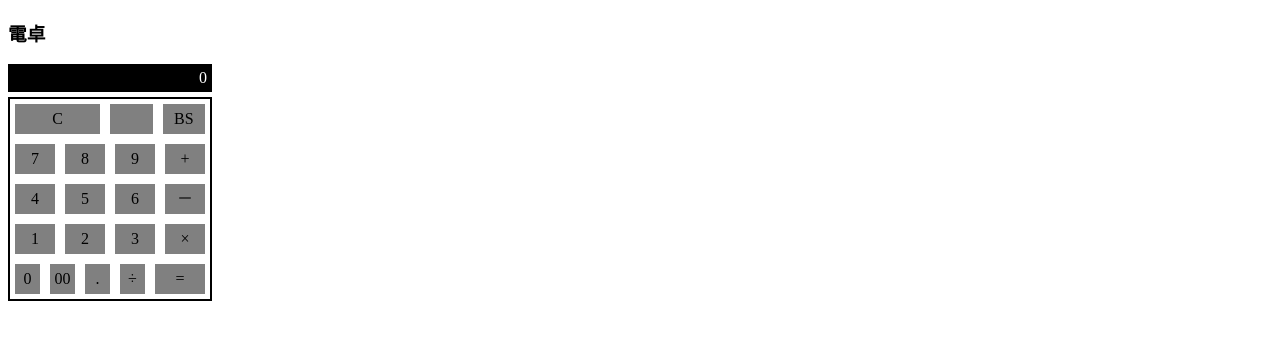
Repository: haya67/jsCalculator
Page: index.html
The author's editor kept a record of every edit. The page is drawn from the files as they stood at one moment, then again after the next edit.
The browser window is 1280 px wide. The pictures show the whole page.
Some web libraries are served in a nearby version.

Above is the page before.

### index.html
 <!DOCTYPE html>
 <html lang="en">
 <head>
 <meta charset="utf-8">
 <script src="https://code.jquery.com/jquery-3.2.1.js" integrity="sha256-DZAnKJ/6XZ9si04Hgrsxu/8s717jcIzLy3oi35EouyE=" crossorigin="anonymous"></script>
 <link rel="stylesheet" href="main.css">
 <title>電卓</title>
 </head>

 <body>
 <h3>電卓</h3>

 <!-- ここに記述していきましょう！ -->
 <div class = "container">

<!--      計算結果を出力する場所-->
      <div id = "output_total" class="output ">0</div>

<!--      計算過程を出力する -->
      <div id = "output_sub" class="output active">0</div>

<!--      ボタンを配置する場所-->
      <div class = 'input'>
          <section class = 'row'>
            <div id = "clear">C</div>
            <div class = "num_bth"></div>
            <div class = "num_bth" id="bs">BS</div>

          </section>
          <section class = 'row'>
            <div class = "num_bth one_nine " data-index-id = 7 >7</div>
            <div class = "num_bth one_nine " data-index-id = 8 >8</div>
            <div class = "num_bth one_nine " data-index-id = 9 >9</div>
            <div class = "num_bth cal" data-index-id = '+'>+</div>
          </section>
          <section class = 'row'>
            <div class = "num_bth one_nine " data-index-id = 4 >4</div>
            <div class = "num_bth one_nine " data-index-id = 5 >5</div>
            <div class = "num_bth one_nine " data-index-id = 6 >6</div>
            <div class = "num_bth cal" data-index-id = '-'>－</div>
          </section>
          <section class = 'row'>
            <div class = "num_bth  one_nine" data-index-id = 1 >1</div>
            <div class = "num_bth  one_nine" data-index-id = 2 >2</div>
            <div class = "num_bth one_nine " data-index-id = 3 >3</div>
            <div class = "num_bth cal" data-index-id = '*'>×</div>
          </section>
          <section class = 'row'>
            <div class = "num_bth" id="zero" data-index-id = 0 >0</div>
            <div class = "num_bth" data-index-id = 00 >00</div>
            <div class = "num_bth" id="point" data-index-id = . >.</div>
            <div class = "num_bth cal" data-index-id= '/'>÷</div>
            <div id = 'equal_btn'>=</div>
          </section>
      </div>
    </div>

 <script src="main.js"></script>
 </body>
 </html>

### main.css
.container {
  width: 200px;
}

.output {
  width: 194px;
  text-align: right;
  padding: 5px;
  margin-bottom: 5px;
  color: white;
  background-color: black;
  /*box-sizing: border-box;*/
  display:none;
}

.output.active {
  display:block;
}

.input {
  width:200px;
  border: 2px solid black;
}

.row {
  display: flex;
  justify-content: space-between;
  width: 200px;
}

.num_bth {
  width: 60px;
  height: 30px;
  text-align: center;
  line-height: 30px;
  background: gray;
  cursor: pointer;
  margin: 5px;
}

#clear, #equal_btn{
  width: 120px;
  text-align: center;
  line-height: 30px;
  background: gray;
  cursor: pointer;
  margin: 5px;
}

### main.js
$(document).ready(function(){

    const num_bth = document.querySelectorAll('.num_bth');

    // 計算結果を表示する所
    let output_sub = document.getElementById('output_sub');

    // 計算過程を表示するところ
    const output_total = document.getElementById('output_total');

    // 計算式を表す変数
    let total = 0;

    // // 最初の状態を定義
    let state = 'start';

    // 最初の整数入力モード
    let mode = 'integer_mode';


    // 1~9を押した時
    const one_nine = document.querySelectorAll ('.one_nine');
    one_nine.forEach(index => {
        index.addEventListener('click', () => {
            if(state === 'start') {
                total = index.dataset.indexId;
            }else if (state === 'finish') {
                reset();
                total = index.dataset.indexId;
            }else if (state === 'calculation' ) {
                total += index.dataset.indexId;
            }
            output_sub.textContent = total;
            state = 'calculation'
            // changeOutput()
        });
    });


    // 0を押したとき
    const zero = document.getElementById('zero');
    zero.addEventListener('click', () => {
        if(state === 'start' || state === 'finish' || state === 'calBtn'){
            if(output_sub.textContent.slice(-1) === '0') {
                console('前の文字はゼロ');
                return;
            }
        }

        if(state === 'start') {
            total = zero.dataset.indexId;
        }else {
            total += zero.dataset.indexId;
        }
        output_sub.textContent = total;
    });


    // .を押したとき
    const point = document.getElementById('point');
    point.addEventListener('click' , () => {
        console.log(point.dataset.indexId)
        if(mode === 'decimal_mode') {
            return;
        }
        if (state === 'start' || state === 'finish' ) {
            total = 0;
        }else if(state = 'calBtn') {
            if(output_sub.textContent.slice(-1) !=='0'){
                total += 0;
            }
        }
        total += point.dataset.indexId

        output_sub.textContent = total;
        state = 'calculation';
        mode = 'decimal_mode';

    });

    // +÷-×を押したとき
    const cal = document.querySelectorAll('.cal');
    cal.forEach(index => {
        index.addEventListener('click' , () => {
            if (state === 'start') {
                return;
            }else if(state === 'calculation') {
                total += index.dataset.indexId;
            }else if(state === 'finish') {
                total = output_total.textContent;
                total += index.dataset.indexId;
                output_total.textContent = 0;
            }
            console.log(index.dataset.indexId);
            output_sub.textContent = total;
            state = 'calBtn';
            mode = 'integer_mode';
        });
    });




    // =を押した時
    const equal_btn = document.getElementById('equal_btn');
    equal_btn.addEventListener('click', () => {
        console.log(eval(total));
        output_total.textContent = eval(total);
        state = 'finish';
        mode = 'integer_mode';
    });


    // Cを押した時
    const clear = document.getElementById('clear')
    clear.addEventListener('click' , () =>{
        reset();
    });

    function reset() {
        total = 0;
        output_sub.textContent = 0;
        output_total.textContent = 0;
        mode = 'integer_mode';
    };


    // // 計算過程画面と計算結果画面の切り替え
    function changeOutput() {
        if (state === 'finish') {
            output_total.classList.add('active');
            output_sub.classList.remove('active');
        } else{
            output_sub.classList.add('active');
            output_total.classList.remove('active');
        }
    };





})

After the next edit:
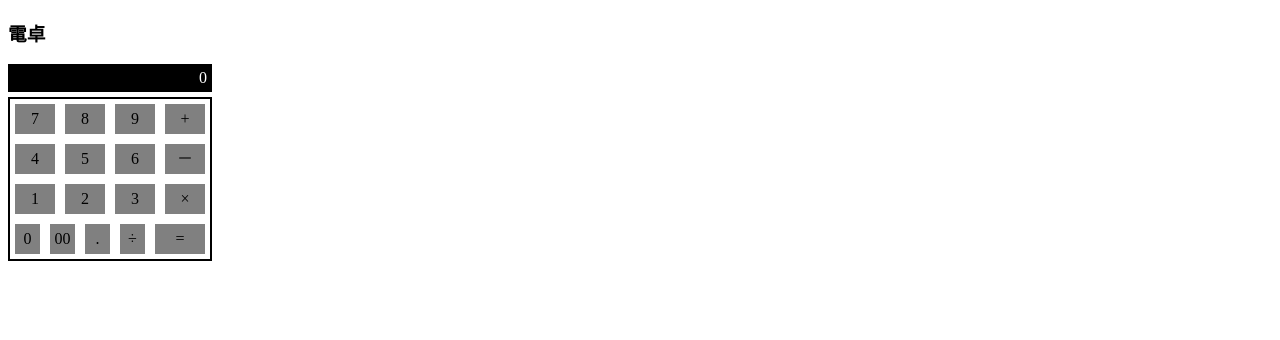
Console error: TypeError: Cannot read properties of null (reading 'addEventListener')
The edit:
--- a/index.html
+++ b/index.html
@@ -21,12 +21,6 @@
 
 <!--      ボタンを配置する場所-->
       <div class = 'input'>
-          <section class = 'row'>
-            <div id = "clear">C</div>
-            <div class = "num_bth"></div>
-            <div class = "num_bth" id="bs">BS</div>
-
-          </section>
           <section class = 'row'>
             <div class = "num_bth one_nine " data-index-id = 7 >7</div>
             <div class = "num_bth one_nine " data-index-id = 8 >8</div>

After the edit that followed:
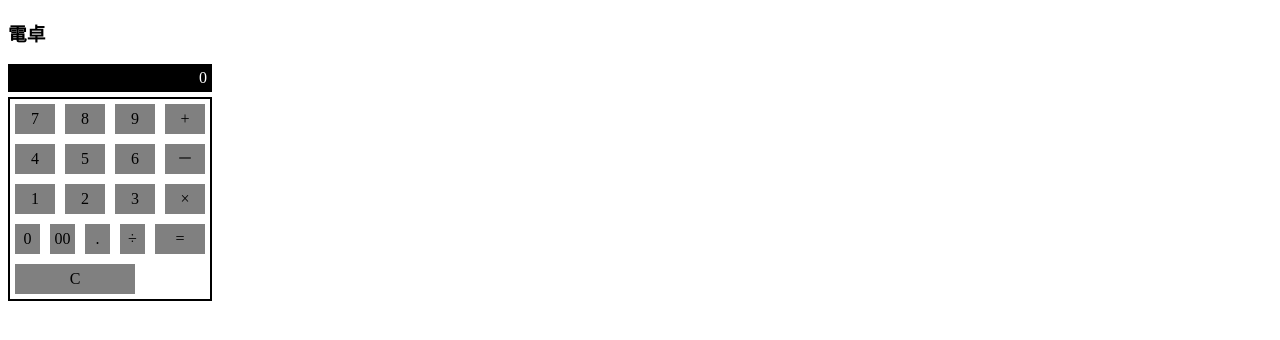
The error is gone.
The edit:
--- a/index.html
+++ b/index.html
@@ -46,6 +46,9 @@
             <div class = "num_bth cal" data-index-id= '/'>÷</div>
             <div id = 'equal_btn'>=</div>
           </section>
+          <section class = 'row'>
+            <div id = "clear">C</div>
+          </section>
       </div>
     </div>
 
